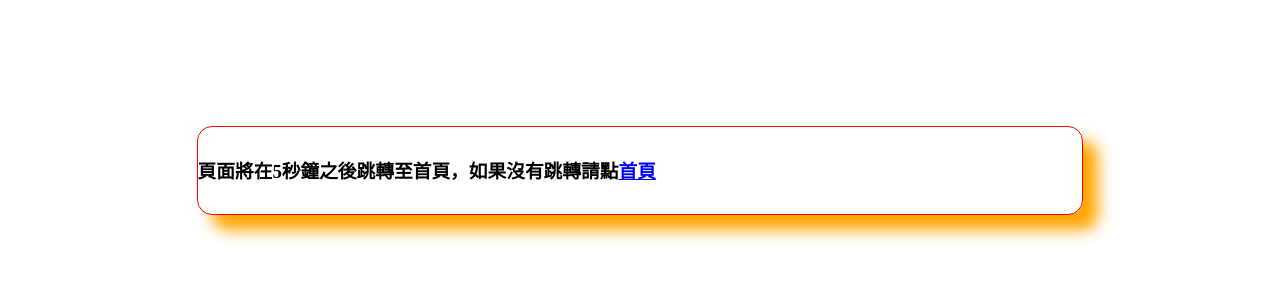
Repository: cctytw2000/JavaSecondProject
Page: http://localhost/EEIT109_35/member/jump.jsp
The author's editor kept a copy of each file at every save. The page is drawn from the files as they stood at one save, then again after the next save.
The browser window is 1280 px wide. The pictures show the whole page.
The page is served by Tomcat 9. Other server files are loaded and not shown.

Above is the page before, as saved 2019-09-07 08:08:47.

### Member/EEIT109_35/src/main/webapp/member/jump.jsp
<%@ page language="java" contentType="text/html; charset=UTF-8"
	pageEncoding="UTF-8"%>
<!DOCTYPE html>
<html>
<head>
<meta charset="UTF-8">

<!--  <meta http-equiv="refresh" content="5;url=../home.jsp">-->
<title>Insert title here</title>
</head>
<body>

	<div style="border: 1px solid red;width:70%;height:30%;margin:10% auto;box-shadow: 15px 15px 15px orange;border-radius: 15px 15px;vertical-align: middle;">
	<h1>${msg}</h1>
		<h3 style="line-height: 2.5em">
			頁面將在5秒鐘之後跳轉至首頁，如果沒有跳轉請點<a href="../home.jsp">首頁</a>
		</h3>
	</div>
</body>
</html>

After the next save:
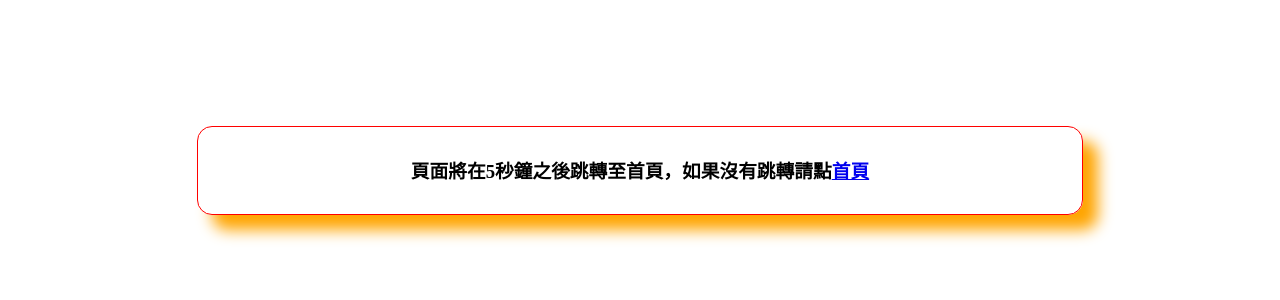
Saved 59 s later.
--- a/Member/EEIT109_35/src/main/webapp/member/jump.jsp
+++ b/Member/EEIT109_35/src/main/webapp/member/jump.jsp
@@ -10,7 +10,7 @@
 </head>
 <body>
 
-	<div style="border: 1px solid red;width:70%;height:30%;margin:10% auto;box-shadow: 15px 15px 15px orange;border-radius: 15px 15px;vertical-align: middle;">
+	<div style="border: 1px solid red;width:70%;height:30%;margin:10% auto;box-shadow: 15px 15px 15px orange;border-radius: 15px 15px;text-align: center;">
 	<h1>${msg}</h1>
 		<h3 style="line-height: 2.5em">
 			頁面將在5秒鐘之後跳轉至首頁，如果沒有跳轉請點<a href="../home.jsp">首頁</a>
